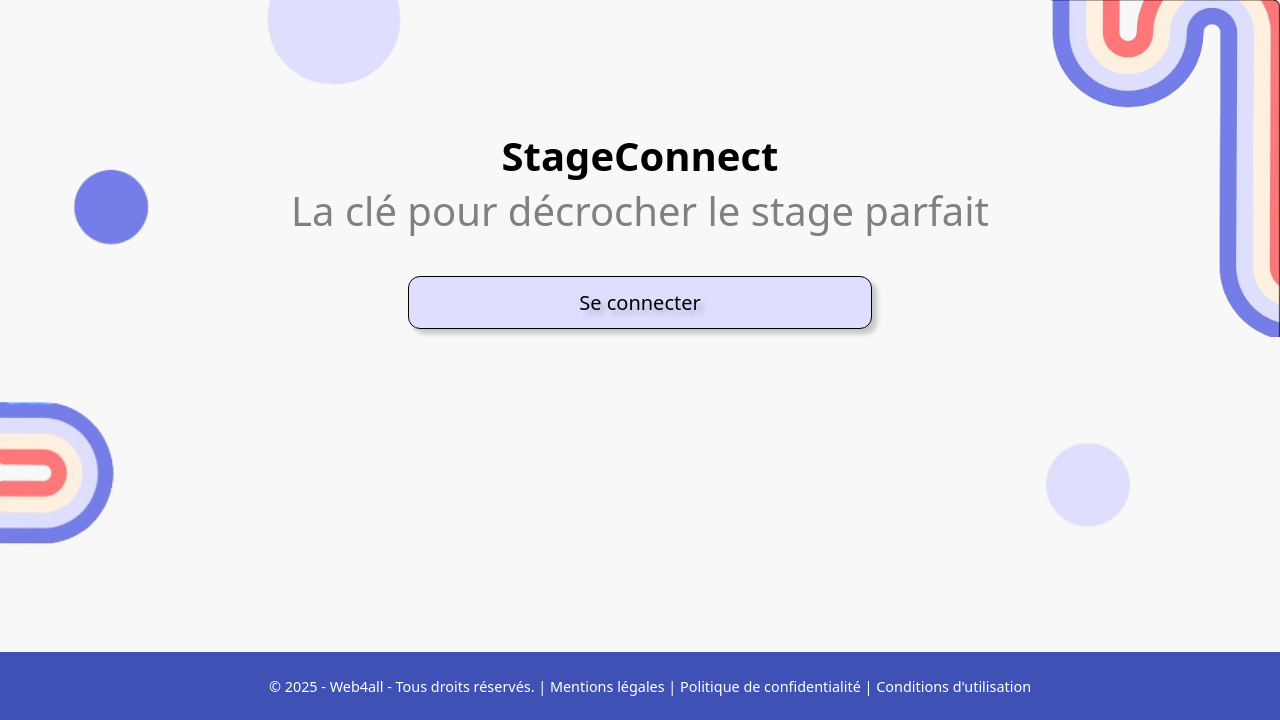
Repository: Guyllem/GroupeWeb
Page: index.html
These files come from the project's save history. The page is drawn as it stood at one moment and after the next save; the edit follows.
The browser window is 1280 px wide. The pictures show the whole page.

Above is the page before, as saved 2025-02-28 21:08:58.

### index.html
<!DOCTYPE html>
<html lang="fr">
  <head>
    <meta charset="UTF-8" />
    <meta name="viewport" content="width=device-width, initial-scale=1.0" />
    <title>Stage Connect</title>
    <link rel="stylesheet" href="styles.css" />
  </head>
  <body>
    <header>
      <img class="bulle1" src="img/bulle1.png" alt="bulle1" />
      <img class="arc-en-ciel" src="img/arc en ciel.png" alt="arc en ciel" />
      <h1 class="titre">StageConnect</h1>
      <img class="bulle2" src="img/bulle2.png" alt="bulle2" />
      <p class="slogan">La clé pour décrocher le stage parfait</p>
    </header>
    <main>
      <a href="pages/connexion.html" class="btn-connexion">Se connecter</a>
      <img src="img/arc en ciel2.png" alt="arc-en-ciel2" class="arc-en-ciel2" />
      <img src="img/bulle3.png" alt="bulle3" class="bulle3" />
    </main>
    <footer>
      <p>
        © 2025 - Web4all - Tous droits réservés. |
        <a href="#">Mentions légales</a> |
        <a href="#">Politique de confidentialité</a> |
        <a href="#">Conditions d'utilisation</a>
      </p>
    </footer>
  </body>
</html>

### styles.css
body {
    font-family: system-ui, -apple-system, BlinkMacSystemFont, 'Segoe UI', Roboto, Oxygen, Ubuntu, Cantarell, 'Open Sans', 'Helvetica Neue', sans-serif;
    text-align: center;
    background: #f8f8f8;
    margin: 0;
    padding: 0;
    position: relative;
    overflow: hidden;
}

.titre {
    font-size: 2.5em;
    margin-top: 10%;
    margin-bottom: 0;
}

.slogan {
    color: gray;
    font-size: 2.5em;
    margin-bottom: 3%;
    margin-top: 0;
}

.btn-connexion {
    display: inline-block;
    padding: 0.75rem 10.63rem;
    background-color: #dedeff;
    color: black;
    text-decoration: none;
    border-radius: 0.75rem;
    border: 0.063rem solid #000;
    box-shadow: 0.313rem 0.313rem 0.313rem rgba(0, 0, 0, 0.2);
    font-size: 1.25em;
    text-shadow: 0.313rem 0.313rem 0.313rem rgba(0, 0, 0, 0.2);
    transition: all 0.3s ease;
}

.btn-connexion:hover {
    background-color: #b3b3ff;
    transform: scale(1.05);
    box-shadow: 0.5rem 0.5rem 0.5rem rgba(0, 0, 0, 0.3);
}

footer {
    background-color: #3F51B5;
    color: white;
    font-size: 0.9em;
    padding: 0.625rem;
    position: fixed;
    bottom: 0;
    width: 100%;
}

footer a {
    color: white;
    text-decoration: none;
}

.arc-en-ciel{
    position: fixed;
    right: -0.1%;
    top: 0;
    width: 18%;
    height: auto;
    margin: 0;
    padding: 0;
}


.bulle1{
    position:fixed;
    margin: 0;
    padding: 0;
    width: 13%;
    height: auto;
    top: 0%;
    left: 20%;
}

.bulle2{
    position:fixed;
    margin: 0;
    padding: 0;
    width: 8%;
    right: 87%;
    top: 22%;
}

.bulle3{
    position:fixed;
    margin: 0;
    padding: 0;
    width: 10%;
    height: auto;
    right: 10%;
    top: 60%;
}

.arc-en-ciel2{
    position:fixed;
    margin: 0;
    padding: 0;
    width: 10%;
    height: auto;
    left: 0;
    top: 55%;
}

.submit-btn{
    display: inline-block;
    padding: 0.40rem 9.63rem;
    background-color: #3F51B5;
    color: white;
    text-decoration: none;
    border-radius: 1.5rem;
    border: 0.063rem solid #000;
    box-shadow: 0.313rem 0.313rem 0.313rem rgba(0, 0, 0, 0.2);
    font-size: 1.25em;
    text-shadow: 0.313rem 0.313rem 0.313rem rgba(0, 0, 0, 0.2);
    transition: all 0.3s ease;
}

.submit-btn:hover {
    transform: scale(1.05);
    box-shadow: 0.5rem 0.5rem 0.5rem rgba(0, 0, 0, 0.3);
}

.stay-connect{
    color:#3F51B5;
}

#better-connect{
    accent-color: #3F51B5;
    margin-top: 2%;
    margin-bottom: 1%;
}

.email-form input{
    width: 30%;
    padding: 12px;
    border: 2px solid #3F51B5;
    border-radius: 8px;
    font-size: 1rem;
    color: #2d3748;
    background-color: #ffffff;
    transition: all 0.2s ease;
    box-shadow: 0 2px 4px rgba(0, 0, 0, 0.1);
}

.password-form input{
    width: 30%;
    padding: 12px;
    border: 2px solid #3F51B5;
    border-radius: 8px;
    font-size: 1rem;
    color: #2d3748;
    background-color: #ffffff;
    transition: all 0.2s ease;
    box-shadow: 0 2px 4px rgba(0, 0, 0, 0.1);
}

.email-form input:focus{
    border-color: #667eea;
    outline: none;
    box-shadow: 0 0 0 1px #3F51B5;
}

.password-form input:focus{
    border-color: #667eea;
    outline: none;
    box-shadow: 0 0 0 1px #3F51B5;
}

After the next save:
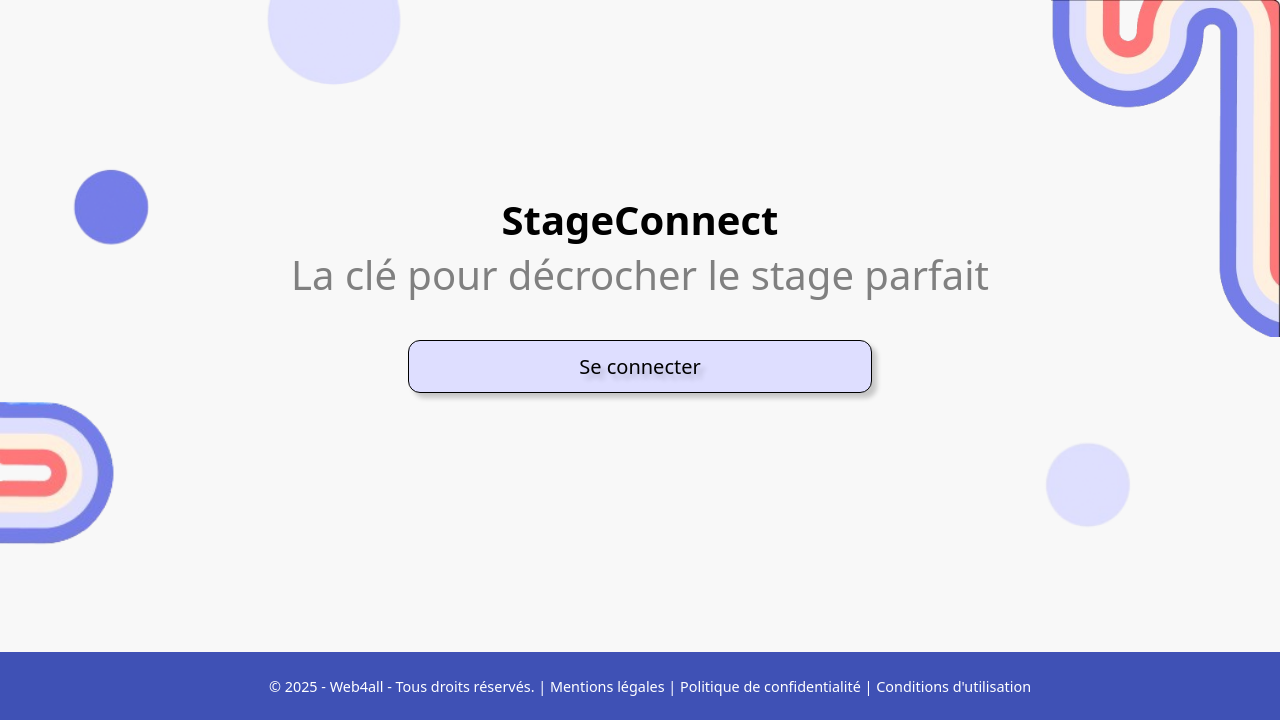
Saved 11 s later.
--- a/styles.css
+++ b/styles.css
@@ -10,7 +10,7 @@ body {
 
 .titre {
     font-size: 2.5em;
-    margin-top: 10%;
+    margin-top: 15%;
     margin-bottom: 0;
 }
 
